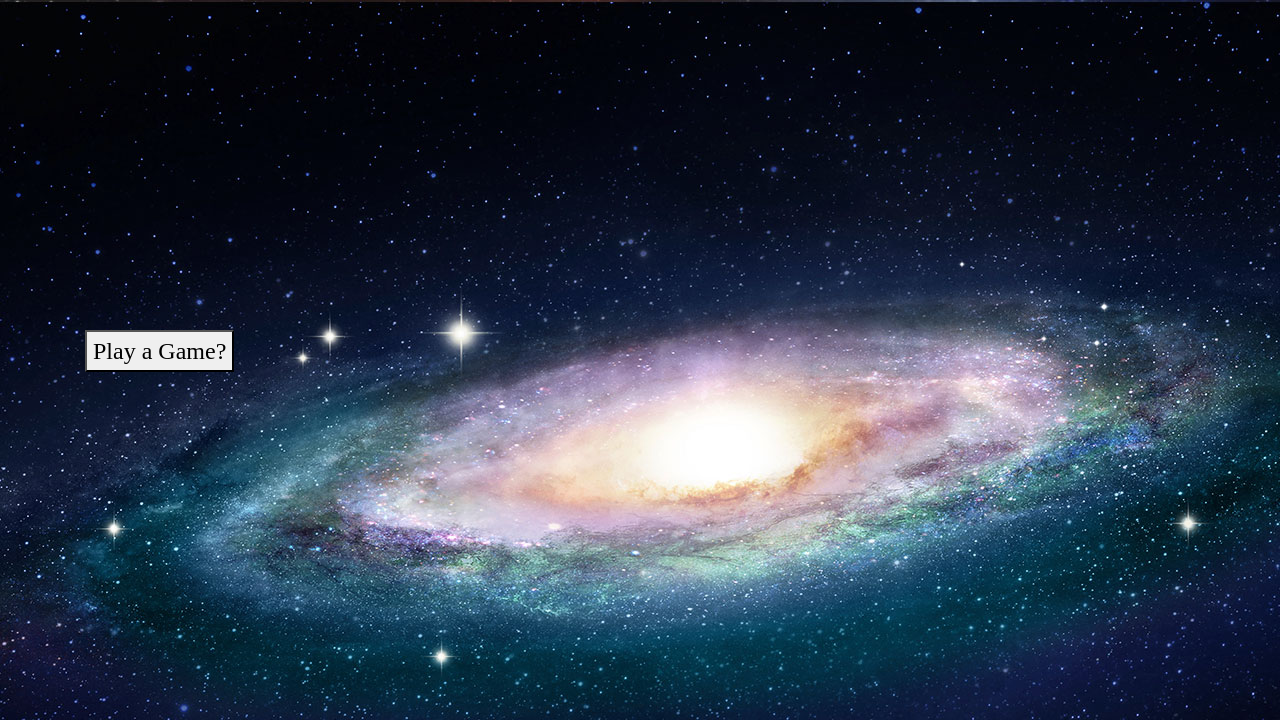
Repository: dsaftler/Trivia
Page: index.html
These files come from the project's save history. The page is drawn as it stood at one moment and after the next save; the edit follows.
The browser window is 1280 px wide. The pictures show the whole page.
Some web fonts or font styles are not loaded; a fallback is used.

Above is the page before, as saved 2019-04-13 15:27:26.

### index.html
<!DOCTYPE html>
<html lang="en">
<head>
  <meta charset="UTF-8">
  <meta name="viewport" content="width=device-width, initial-scale=1.0">
  <meta http-equiv="X-UA-Compatible" content="ie=edge">
   <link rel="stylesheet" href="assets/css/reset.css" type="text/css">
  <link rel="stylesheet" href="https://stackpath.bootstrapcdn.com/bootstrap/4.3.1/css/bootstrap.min.css"
    integrity="sha384-ggOyR0iXCbMQv3Xipma34MD+dH/1fQ784/j6cY/iJTQUOhcWr7x9JvoRxT2MZw1T" crossorigin="anonymous">
  <link href="https://fonts.googleapis.com/css?family=Cherry+Swash:700" rel="stylesheet">
  <!-- custom css -->
  <link rel="stylesheet" href="assets/css/style.css" type="text/css">

  <title>Trivia Game</title>
</head>
<body>
<div class="container">
  <div class="scoreElements">
   <div id="showWinsCnt"><span id="wins"></span></div>
   <div id="showLoseCnt"><span id="wrongs"></span></div>
   <div id="showMissCnt"><span id="misses"></span></div>
  </div>
  <div class='playElements'>
    <div class="showTimer"><span id="timer"></span></div>
    <div class="showQuestion"><span id="question"></span></div>
    <ul class=showAnswers>
    <li class="answers" id="answer0"><a href="#"></a></li>
    <li class="answers" id="answer1"><a href="#"></a></li>
    <li class="answers" id="answer2"><a href="#"></a></li>
    <li class="answers" id="answer3"><a href="#"></a></li>
    </ul>
    <div class="tmyk">
      <img class="image">
      <div class="extra"></div>
    </div>
  </div>

  <button id="newGame" onclick="initGame()">Play a Game?</button>
  <!-- <button id="temp1" onclick="newQuestion()">Next Question?</button> -->
</div>

<!-- bootstrap scripts -->
<script src="https://code.jquery.com/jquery-3.3.1.slim.min.js"
  integrity="sha384-q8i/X+965DzO0rT7abK41JStQIAqVgRVzpbzo5smXKp4YfRvH+8abtTE1Pi6jizo" crossorigin="anonymous"></script>
<script src="https://cdnjs.cloudflare.com/ajax/libs/popper.js/1.14.7/umd/popper.min.js"
  integrity="sha384-UO2eT0CpHqdSJQ6hJty5KVphtPhzWj9WO1clHTMGa3JDZwrnQq4sF86dIHNDz0W1" crossorigin="anonymous"></script>
<script src="https://stackpath.bootstrapcdn.com/bootstrap/4.3.1/js/bootstrap.min.js"
  integrity="sha384-JjSmVgyd0p3pXB1rRibZUAYoIIy6OrQ6VrjIEaFf/nJGzIxFDsf4x0xIM+B07jRM" crossorigin="anonymous"></script>
<script src="assets/javascript/app.js"></script>


</body>
</html>

### assets/css/style.css
body {
  height: 100%;
  background-image: url("../images/hubble.jpg");
  /* background-repeat: repeat; */
  max-width: 1536px;
  margin: auto;
  align-content: center;
  font-family: 'Baumans', cursive;
  color:white;
  font-size: 24px;
  font-weight: bolder;
}
.container{
  margin-top: 150px;
}
.scoreElements{
align-content: center;
margin: auto;

}
ul li a {
  color: #8fc7bc);
  display: block;
  text-decoration: none;
  padding: 16px;
  width:50%
}

ul {
  list-style-type: circle;
}

li {
  display: block;
}

ul li a:hover {
  color: #332419;
  display: block;
  text-decoration: none;
}

li:hover {
  background-color:#8fc7bc;
}

### assets/javascript/app.js
// Advanced game has a 30 second timer that counts down to 0 for each question !!!!!!!!!!!!  changed to 15 seconds
// If the timer is 0 OR  a wrong answer is chosen:
  // show the correct answer for 5 seconds
// display a new question
// restart the timer with no user interaction

// questions are contained in an array with question, array of answers, index of correct answer
// question shows in questionId
// "Correct"  or "Correct Answer" shows in answerId
// 4 possible answers show in 4 clickable buttons
// buttons have hover behavior
//  only one can be selected (by click)

// scores for Wins, Losses, and Unanswered are kept (correct, wrong, timer ==0)
// ask to play again in link
// click on play restarts the game without re-loading the page

var qArray =[];
var wins, wrongs, misses, seconds;
var correctAnswerId;
var timer;
var seconds;
var isNewGame = true;
var timerRunning=false;
var i;
var qArrayLength
var sayCorrect
var answerTime=100;
var displayInfoTime=0;

$(document).ready(function () {
  //initGame();  // called by newGame button
  $(".answers").click(function() {
    stopTimer();
    $(".answers").css("pointer-events","none");
    //which answer did I click?
    var target = $(this).attr("id")
    for(let j = 0; j<4; j++) {
      jtarget = "answer" + j
      //console.log(jtarget)
      if (jtarget === target){
        if (j === correctAnswerId){
          showMe("win");
        } else {
          showMe("lose");
        }
      }
    }
  });
});


function initGame() {
  wins = 0;
  wrongs = 0;
  misses = 0;
  $(".scoreElements").hide();
  $(".playElements").hide();
  // $("#showWinsCnt").hide();
  // $("#showLoseCnt").hide();
  // $("#showMissCnt").hide();
  $("#newGame").hide();
  loadQuestions();
  i = 0;
  newQuestion(i);
}

function newQuestion(i)
{
  console.log(i)
  if (i < qArrayLength){
    // show game pieces: question, answers
    $(".playElements").show();
    $("#timer").show();
    // $(".showQuestion").show();
    // $(".answers").show();
    $(".tmyk").hide();
    // $(".extra").hide();
    // $(".image").hide();
    // console.log(qArray[i]);
    q="Question "+(i+1)+":  "
    $("#question").text(q+(qArray[i].question));
    $("#answer0").text(qArray[i].ansArray[0]);
    //console.log(qArray[i].ansArray[0]);
    $("#answer1").text(qArray[i].ansArray[1]);
    $("#answer2").text(qArray[i].ansArray[2]);
    $("#answer3").text(qArray[i].ansArray[3]);
    correctAnswerId = qArray[i].correct;
    correctAnswer = qArray[i].ansArray[correctAnswerId]
    //console.log(qArray[i].ansArray[correctAnswerId]);
    info = qArray[i].extra;
    $(".answers").css("pointer-events", "auto");
    clearInterval(timer)
    seconds = answerTime;
    showTime();
    timer = setInterval(tick, 1000);
  } else {
    gameOver();
  }
}

function gameOver()
{
  $(".playElements").hide();
  // $("#timer").hide();
  // $(".showQuestion").hide();
  // $(".answers").hide();
  // $(".extra").hide();
  // $(".image").hide();
  $(".scoreElements").show();
  $("#showWinsCnt").text(wins + " Correct")
 // $("#showWinsCnt").show();

  $("#showLoseCnt").text( wrongs + " Wrong")
  //$("#showLoseCnt").show();

  $("#showMissCnt").text(  misses + " Time-Outs")
 // $("#showMissCnt").show();
  //$("#wins").text(wins);
  // $("#wrongs").text(wrongs);
  // $("#misses").text(misses);
  $("#newGame").text("Play Again?"); // calls initGame
  $("#newGame").show();
}


//  The decrement function.
function tick()
{
  seconds--;
  if (seconds < 0) {
    //  ...run the stop function.
    stopTimer()
    showMe("miss");
    return;
  }
  showTime();

}

function stopTimer()
{
  clearInterval(timer);
 // $("#answers").pointerEvents="none";
 $("#answers")
}

//  Execute the run function.
function showTime()
{
 $("#timer").html("<h2>" + seconds + "</h2>");
 //console.log(seconds);
}
function showMe(result){
  switch (result){
    case "win":
      //alert("Correct");
      sayCorrect="Correct! "
      wins++;
      break;
    case "lose":
      //alert("Incorrect");
      sayCorrect = 'The correct answer was: '  + correctAnswer
      wrongs++
      break;
    case "miss":
      $("#timer").html("<h2>Timed-Out</h2>");
      sayCorrect= 'The answer was:  ' + correctAnswer
      misses++;
      break;
   }
  showExtra();
  setTimeout(displayPause, 1000 * displayInfoTime)

  }
function showExtra(){
  imgUrl = qArray[i].image
  $(".image").attr({"src":imgUrl, "alt": qArray[i].imageAlt});

  //console.log("<img src=" + qArray[i].image + ">");
  $(".extra").html(sayCorrect + "<br/>" + qArray[i].extra);
  $(".tmyk").show();
  //$(".extra").show();
  //$(".image").show();

}
function displayPause(){
  stopTimer();
  clearTimeout();
  i++;
  newQuestion(i)
}

function loadQuestions(){
qArray = [
    {
      question: "How many moons are in our Solar System?",
      correct: 3,
      ansArray: [25, 50, 97, 181],
      image: "assets/images/Moons_of_solar_system.jpg",
      imgAlt: "Moons of the solar system",
      extra: "These moons (also known as natural satellites) vary greatly in size and quantity per planet. For example, the largest moon is Jupiter’s Ganymede, and the smallest is Mar’s Deimos. Ganymede has a diameter of 3,273 miles, and Deimos has a diameter of 7 miles."

    },
    {
      question: "What percent of the universe is dark matter? (Plus or minus 2%.)",
      correct: 1,
      ansArray: ["15%", "27%", "50%", "80%"],
      image: "assets/images/darkmatter.png",
      imgAlt:"Dark matter web",
      extra: "The rest of the universe is around 68% dark energy, and less than 5% of the universe is made up of what we would consider ‘normal’ matter. This means that roughly 80% of the mass of the universe is made up of material we cannot see."
    },
    {
      question: "What is the most common type of star found in the Milky Way?",
      correct: 1,
      ansArray: ["Neutron stars", "Red dwarf stars", "Supernovae", "G-type"],
      image: "assets/images/Red-dwarf-infographic.jpg",
      imgAlt: "Types of Stars Infographic",
      extra: "Red dwarf stars make up an estimated ¾ of all stars found in the Milky Way. The surface temperature of red dwarf stars is less than 4,000 Kelvin, and they have a very low luminosity and therefore cannot be easily seen. In fact, from Earth not one red dwarf star can be seen with the naked eye. Since they develop very slowly and are constant for trillions of years, there are actually no advanced stars of this type in our galaxy because our galaxy is too young!"
    },
    {
      question: "What is the closest star to the Sun?",
      correct: 0,
      ansArray: ["Proxima Centauri", "Tau Ceti", "51 Pegasi", "Rigel"],
      image: "assets/images/proxima_centauri_main.jpg",
      imgAlt: "Proxima Centauri",
      extra: "Proxima Centauri is a red dwarf star located in Alpha Centauri system, which is in the Centaurus constellation. Alpha Centauri is actually a triple star system with Proxima Centauri being the closest to the sun. It is 4.24 light years away from the sun, and is not visible to the naked eye from Earth."
    },
    {
      question: "What has a gravitational pull so strong that even light cannot escape it?",
      correct: 2,
      ansArray: ["Quantum Gravity", "True Love", "Black Hole", "Worm Hole"],
      image: "assets/images/blackhole.jpg",
      imgAlt: "Black Hole",
      extra: "Black holes are one of the deadliest things in the universe. They are formed when a star with a mass more than three times that of our sun dies and collapses onto itself after an explosion called a supernova. Black holes can siphon the gas out of stars until they vanish. They can even break apart and swallow planets."
    },
    {
      question: "Which NASA space flight was the last manned mission to the moon?",
      correct: 3,
      ansArray: ["Gemini 12", "Skynet 1.0", "Apollo 13","Apollo 17"],
      image: "assets/images/moon-landing.jpg",
      imgAlt: "Moon Landing",
      extra: "Apollo 17 launched on December 7, 1972 as the first night launch done by NASA. It was also the final mission of NASA’s Apollo program. Apollo 17 was the last time humans traveled beyond low Earth orbit. The mission also boasted that at the time it had the longest moon landing, largest lunar samples, longest time in orbit, and the longest total moonwalks."
    },
    {
      question: "What is the longest continuous time a human has spent in space? (Plus or minus 20 days.)",
      correct: 2,
      ansArray: ["37 days", "189 days", "437 days", "682 days"],
      image: "assets/images/poljakov.jpg",
      imgAlt: "Portrait of Poljakov",
      extra: "This amounts to more than 14 months in space. This feat was accomplished by Valeri Polyakov, a Russian astronaut who stayed aboard the Mir space station from January 1994 to March 1995. When Polyakov retired he had over 678 cumulative days in space, and his combined space time was over 22 months."
    },
    {
      question: "How much time does sun rays take to reach earth?",
      correct: 2,
      ansArray: ["58 seconds", "3.5 minutes", "8 minutes", "14 minutes"],
      image: "assets/images/Earth_to_Sun.png",
      imgAlt: "Distance to the Sun",
      extra: "The speed of light in vacuum, commonly denoted c, is a universal physical constant important in many areas of physics. Its exact value is299,792,458 meters per second (approximately 300,000 km/s (186,000 mi/s))."
    },
    {
      question: "When will Halley’s Comet will be visible from Earth again?",
      correct: 2,
      ansArray: ["2024", "2039", "2061", "2101"],
      image: "assets/images/HalleysComet.jpg",
      imgAlt: "Haley's Comet",
      extra: "Halley's Comet is arguably the most famous comet. It is a ‘periodic’ comet and returns to Earth's vicinity about every 75 years, making it possible for a human to see it twice in his or her lifetime. The last time it was here was in 1986, and it is projected to return in 2061."
    },
    {
      question: "How long was the shortest space flight?",
      correct: 0,
      ansArray: ["15 minutes", "73 minutes", "4.5 hours", "3 days"],
      image: "assets/images/freedom7.jpg",
      imgAlt: "Freedom 7 launch",
      extra: "This occurred on May 5, 1961 when Alan Shepard achieved an altitude of 115 miles in NASA’s Freedom 7. He was also the first American in space. Shepard later went on to become the oldest person to walk on the surface of the moon. He achieved this in 1971 during the Apollo 14 mission. At the time, he was 47 years old."
    }
  ]
  qArrayLength=qArray.length;
  //console.log(qArray);
};

Loaded but not shown: assets/css/reset.css (no stored copy; drawn as an empty file)

After the next save:
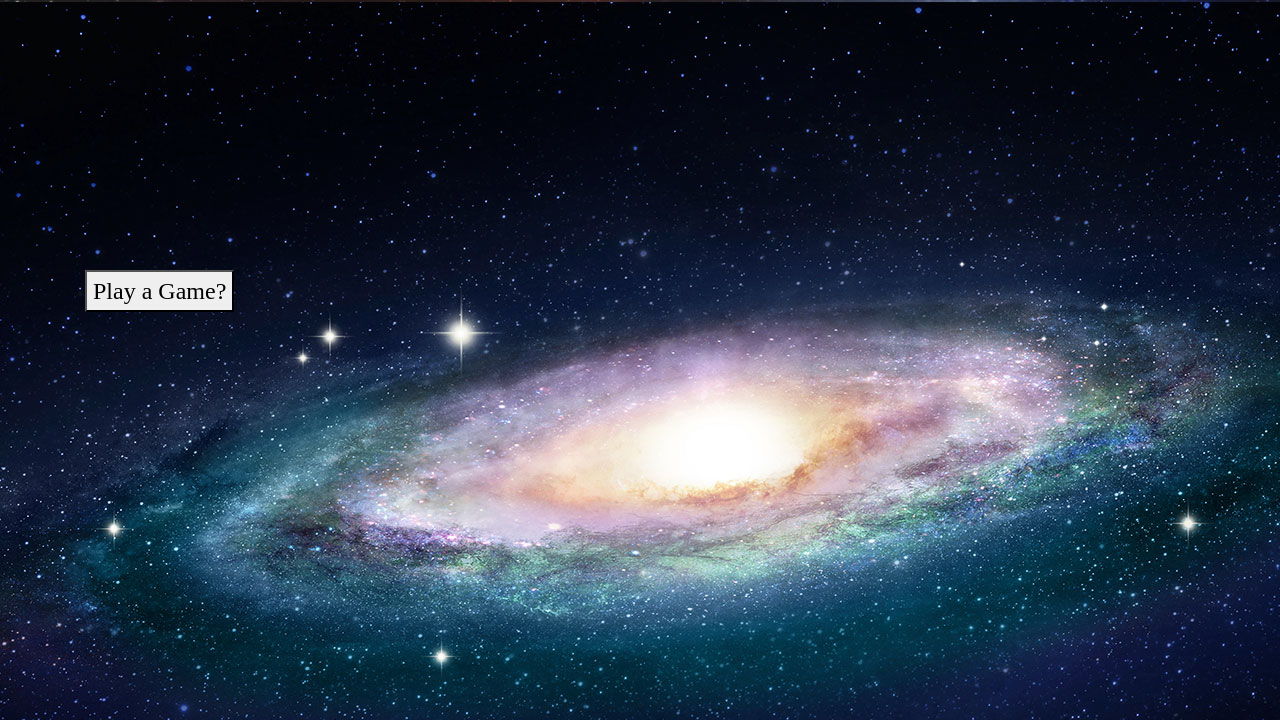
Saved 17 s later.
--- a/assets/css/style.css
+++ b/assets/css/style.css
@@ -11,7 +11,7 @@ body {
   font-weight: bolder;
 }
 .container{
-  margin-top: 150px;
+  margin-top: 90px;
 }
 .scoreElements{
 align-content: center;
